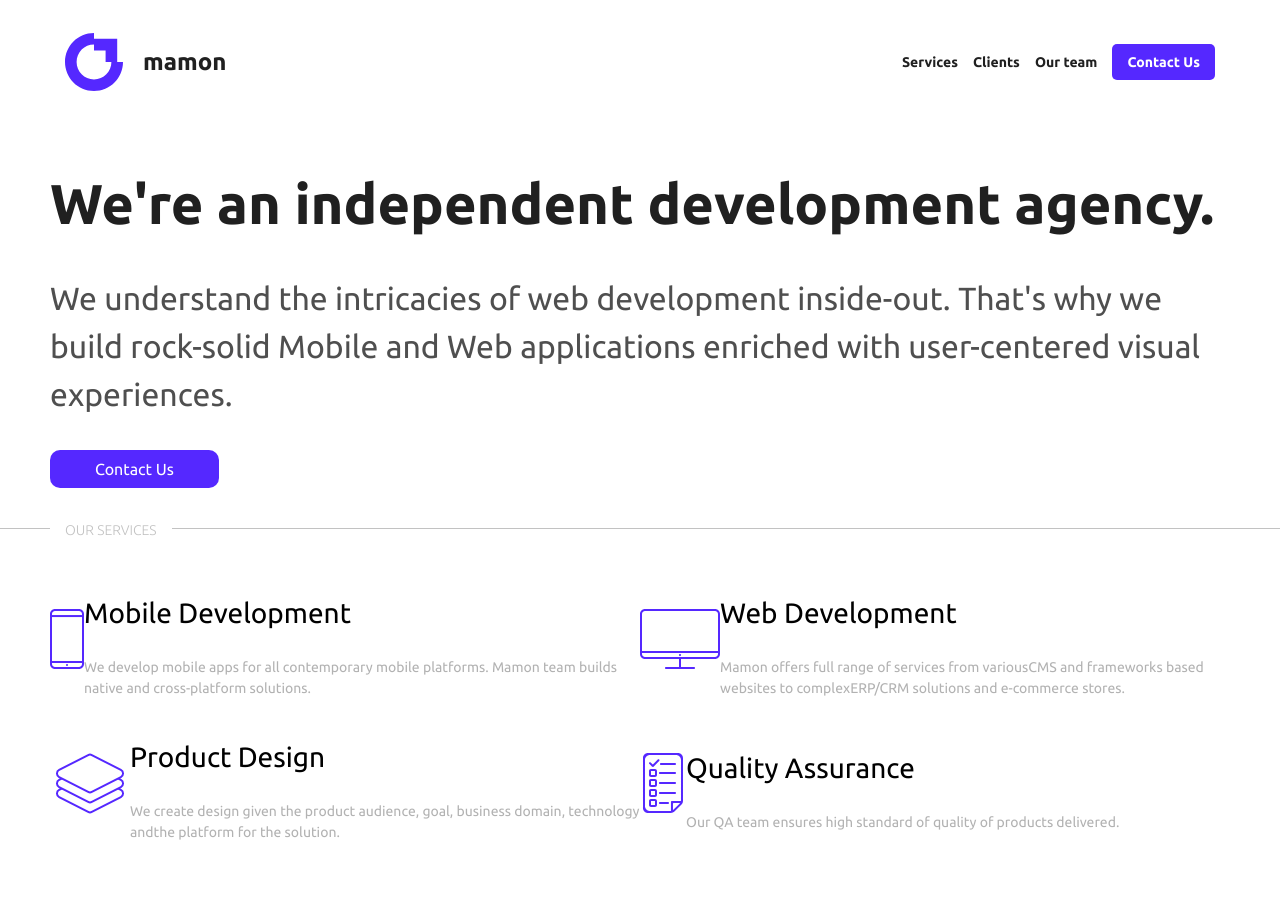
Repository: Vitalii23081984/testHGC
Page: index.html
An editor plug-in stored every save of this project. The page is shown before and after the next save, followed by the edit.
The browser window is 1280 px wide. The pictures show the whole page.

Above is the page before, as saved 2022-11-20 18:06:54.

After the next save:
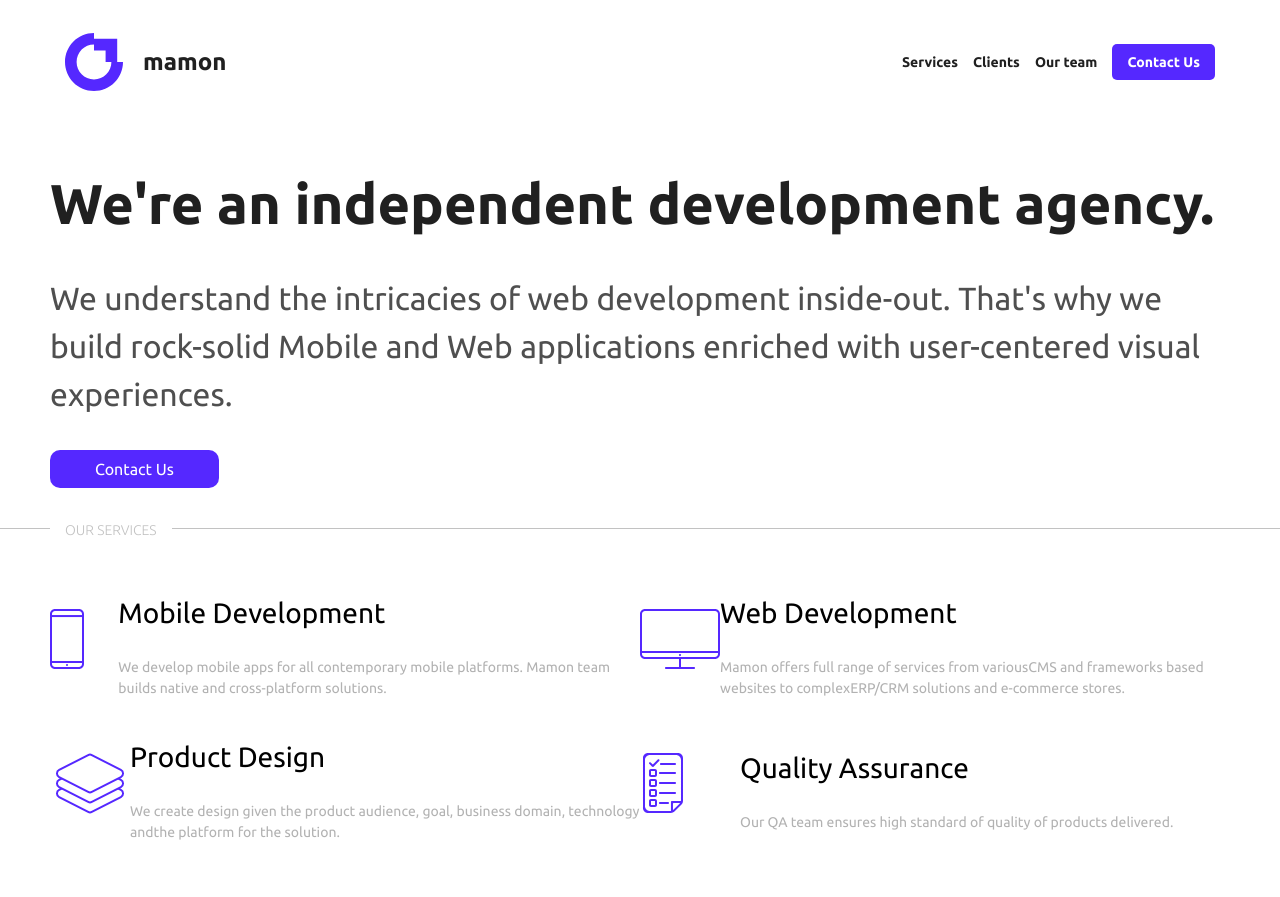
Saved 2 min 17 s later.
--- a/css/style.css
+++ b/css/style.css
@@ -111,6 +111,10 @@
     justify-content: flex-start;
     align-items: center;
 }
+.services_img {
+    width: 100px;
+
+}
 .services h3 {
     font-size: 28px;
     font-weight: 400;
